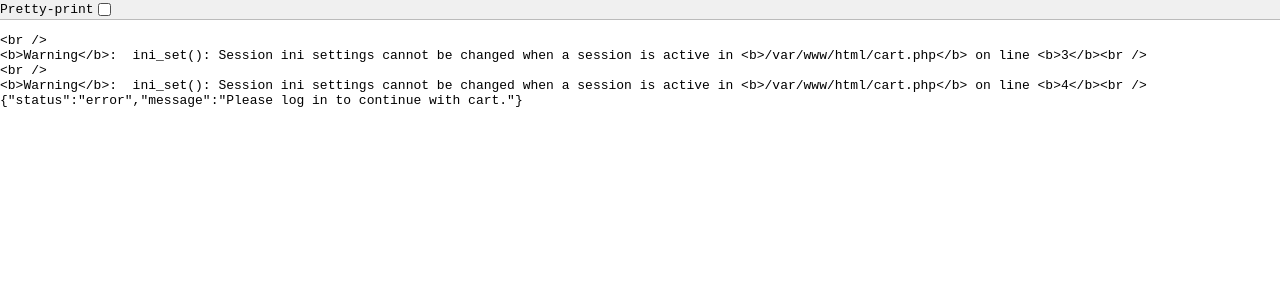
Repository: shrewd-baddest/YOGOBLAST_SERVER-SIDE
Page: http://localhost/cart.php
The author's editor kept a copy of each file at every save. The page is drawn from the files as they stood at one save, then again after the next save.
The browser window is 1280 px wide. The pictures show the whole page.
The page is run by PHP 8.4 with error messages shown; the project is at /var/www/html/.

Above is the page before, as saved 2025-05-29 16:10:17.

### cart.php
<?php
session_start();
ini_set('session.cookie_samesite', 'None');
ini_set('session.cookie_secure', '0');
header("Access-Control-Allow-Origin: http://localhost:5173");
header("Access-Control-Allow-Credentials: true");
header("Access-Control-Allow-Headers: Content-Type");
header("Access-Control-Allow-Methods: POST, GET, OPTIONS");
header("Content-Type: application/json");

include('connect.php');

$cart = json_decode(file_get_contents("php://input"), true);


//Step 1: Fetch user from session table
// $userQuery = "SELECT user_id FROM sessions WHERE id=14  LIMIT 1";
// $userResult = mysqli_query($conn, $userQuery);

// if ($userResult && mysqli_num_rows($userResult) > 0) {
//     $userData = mysqli_fetch_assoc($userResult);
//    $_SESSION["userId"]= $userData["user_id"];

//     // Set cookie correctly: name = 'userId', value = $userId
//     // setcookie("userId", $userId, time() + (60 * 30), "/", "", false, true); // 30-minute expiry
// } else {
//     echo json_encode(["status" => "error", "message" => "User not found in session."]);
//     exit;
// }

// Step 2: Read userId from cookie
// echo $_COOKIE["userId"];
if(isset($_SESSION["userId"])) {
    $user_id =$_SESSION["userId"];
    echo  $user_id;

} else {
    echo json_encode(["status" => "error", "message" => "Please log in to continue with cart."]);
    exit;
}

// Step 3: Get product details from frontend
$product_id = $cart['productId'] ?? null;
$quantity = $cart['Quantity'] ?? null;

// Step 4: If both values are empty, return total quantity
if(empty($product_id) && empty($quantity)) {
    $query = "SELECT SUM(quantity) as total_quantity FROM shoping_cart WHERE user_id = ?";
    $stmt = mysqli_prepare($conn, $query);
    mysqli_stmt_bind_param($stmt, 'i', $user_id);
    mysqli_stmt_execute($stmt);
    $result = mysqli_stmt_get_result($stmt);
    $data = mysqli_fetch_assoc($result);

    echo json_encode($data);
    exit;
}

// Step 5: Add to cart
$sql = "INSERT INTO shoping_cart (product_id, user_id, quantity) VALUES (?, ?, ?)";
$stmt = mysqli_prepare($conn, $sql);
mysqli_stmt_bind_param($stmt, "iii", $product_id, $user_id, $quantity);

try {
    mysqli_stmt_execute($stmt);
    echo json_encode(["status" => "success", "message" => "Item added to cart"]);
} catch (mysqli_sql_exception $e) {
    echo json_encode(["status" => "error", "message" => "Could not add item to cart"]);
}

mysqli_close($conn);
?>

### connect.php
<?php
$server_name = "localhost";
$user_name = "root";
$password = "";
$db_name = "yogo_blast"; // no spaces

$conn = mysqli_connect($server_name, $user_name, $password, $db_name);

if (!$conn) {
    die("Connection failed: " . mysqli_connect_error());
}
// echo "Connected successfully";
?>

After the next save:
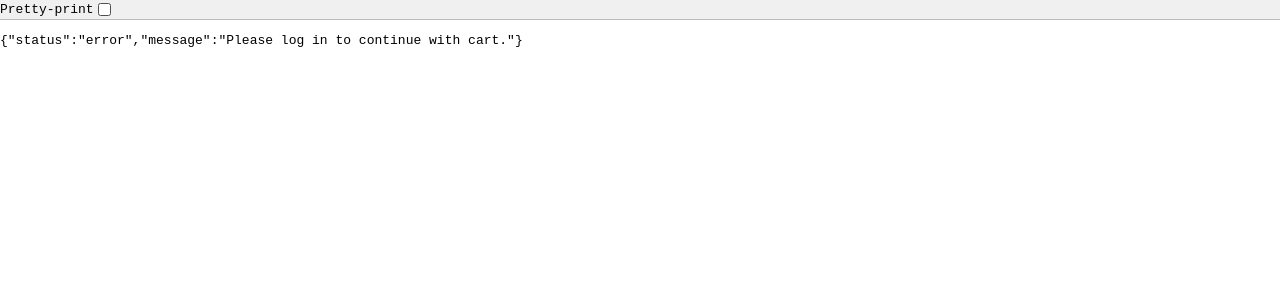
Saved 44 min 10 s later.
--- a/cart.php
+++ b/cart.php
@@ -1,7 +1,7 @@
 <?php
-session_start();
 ini_set('session.cookie_samesite', 'None');
 ini_set('session.cookie_secure', '0');
+session_start();
 header("Access-Control-Allow-Origin: http://localhost:5173");
 header("Access-Control-Allow-Credentials: true");
 header("Access-Control-Allow-Headers: Content-Type");
